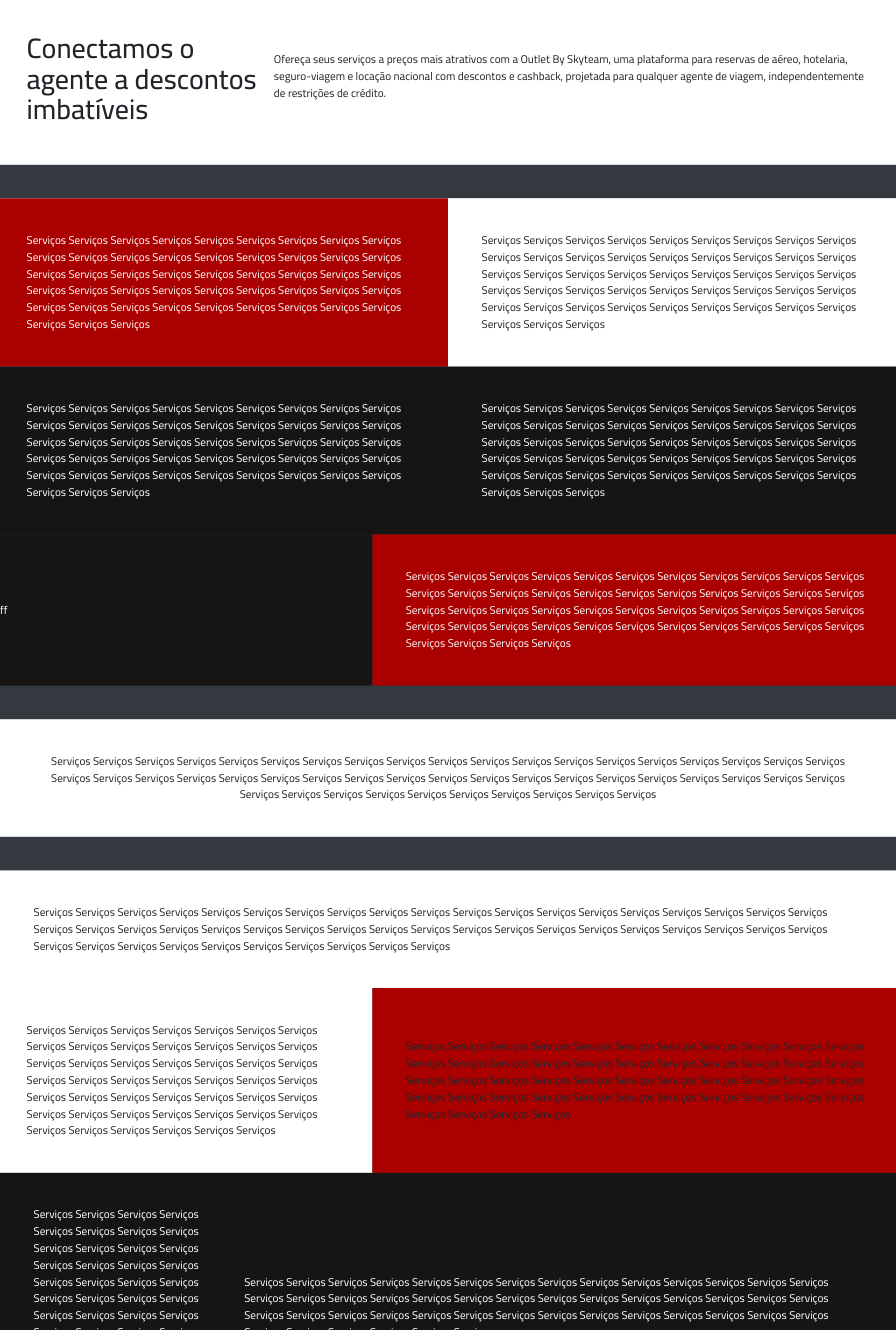
Repository: SkyTeam-Dev/Outlet_Site
Page: Site/index.html
The author's editor kept a copy of each file at every save. The page is drawn from the files as they stood at one save, then again after the next save.
The browser window is 1280 px wide. The pictures show the part of the page from y = 1008 to 2908 px (the page is 3116 px tall), at 70% of full size.
Some web libraries are served in a nearby version.

Above is the page before, as saved 2025-03-21 09:17:09.

### Site/index.html
<!DOCTYPE html>
<html lang="pt-br">

<head>
    <title>:: Outlet by Skyteam ::</title>
    <!-- Define uma descrição otimizada para mecanismos de busca (Maximo 160 caracteres mas o recomendado é 50 caracteres) -->
    <meta name="description"
        content="CADASTRO SIMPLES, DESCONTOS E CASHBACK A viagem do seu cliente com as melhores condições Conectamos o agente a descontos imbatíveis Ofereça seus serviços a preços mais atrativos com a Outlet By Skyteam, uma plataforma para reservas de aéreo, hotelaria, seguro-viagem e locação nacional com descontos e cashback, projetada para qualquer agente de viagem" />
    <!-- Define palavras-chave (não tem mais impacto no Google, mas pode ajudar em outros mecanismos) -->
    <meta name="keywords" content="palavra-chave1, palavra-chave2, palavra-chave3">
    <meta charset="utf-8">
    <meta http-equiv="X-UA-Compatible" content="IE=edge">
    <link rel="canonical" href="https://outlet.tur.br/" />
    <link rel='shortlink' href='https://outlet.tur.br/' />

    <!-- Define a indexação pelos mecanismos de busca -->
    <meta name="robots" content="index, follow"> <!-- Para indexar e seguir links -->
    <meta name="googlebot" content="index, follow"> <!-- Específico para o Google -->
    <meta name="bingbot" content="index, follow"> <!-- Específico para o Bing -->

    <!-- GOOGLE JSON-LD para SEO -->
    <script type="application/ld+json">
        {
          "@context": "https://schema.org",
          "@type": "WebSite",
          "name": "Outlet by Skyteam",
          "url": "https://outlet.tur.br",
          "description": "CADASTRO SIMPLES, DESCONTOS E CASHBACK A viagem do seu cliente com as melhores condições Conectamos o agente a descontos imbatíveis Ofereça seus serviços a preços mais atrativos com a Outlet By Skyteam, uma plataforma para reservas de aéreo, hotelaria, seguro-viagem e locação nacional com descontos e cashback, projetada para qualquer agente de viagem.",
          "image": "https://outlet.tur.br/Templates/Default/Imagens/OG_Outlet_Base.jpg",
          "author": {
            "@type": "Person",
            "name": "Outlet"
          },
          "publisher": {
            "@type": "Organization",
            "name": "Outlet by Skyteam",
            "logo": {
              "@type": "ImageObject",
              "url": "https://outlet.tur.br/Templates/Default/Imagens/OG_Outlet_Base.jpg"
            }
          }
        }
        </script>
    <!-- GOOGLE JSON-LD para SEO -->

    <!-- Define o autor do conteúdo -->
    <meta name="author" content="Outlet by Skyteam">

    <!-- Controla como o Google exibe o snippet do site -->
    <meta name="google" content="nosnippet"> <!-- Impede snippets na SERP -->
    <meta name="google" content="max-snippet:-1, max-image-preview:large, max-video-preview:-1">
    <!-- Personaliza como o conteúdo é mostrado -->

    <!-- Diz ao Google para não traduzir a página automaticamente -->
    <meta name="google" content="notranslate">

    <!-- Define a geolocalização para buscas locais -->
    <meta name="DC.title" content="Outlet By SkyTeam" />
    <meta name="geo.region" content="BR-RS" />
    <meta name="geo.placename" content="Porto Alegre" />
    <meta name="geo.position" content="-30.030205;-51.229975" />
    <meta name="ICBM" content="-30.030205, -51.229975" />
    <!-- Criador do conteúdo -->
    <meta name="DC.creator" content="Outlet By SkyTeam">
    <!-- Assunto ou tema do conteúdo -->
    <meta name="DC.subject" content="CADASTRO SIMPLES, DESCONTOS E CASHBACK para qualquer agente de viagem"">
<!-- Descrição do conteúdo -->
<meta name=" DC.description"
        content="CADASTRO SIMPLES, DESCONTOS E CASHBACK A viagem do seu cliente com as melhores condições Conectamos o agente a descontos imbatíveis Ofereça seus serviços a preços mais atrativos com a Outlet By Skyteam, uma plataforma para reservas de aéreo, hotelaria, seguro-viagem e locação nacional com descontos e cashback, projetada para qualquer agente de viagem">

    <!-- Editora ou organização responsável -->
    <meta name="publisher" content="Outlet By SkyTeam">
    <!-- Identificador único (ex: URL, DOI) -->
    <meta name="identifier" content="https://outlet.tur.br">
    <!-- Idioma do conteúdo -->
    <meta name="language" content="pt-BR">

    <!-- Direitos autorais e licenciamento -->
    <meta name="rights" content="© 2025 Outlet By SkyTeam. Todos os direitos reservados.">


    <!-- Definição do protocolo Open Graph BASE -->
    <meta property="og:type" content="website">
    <!-- URL canônica da página -->
    <meta property="og:url" content="https://outlet.tur.br/">
    <!-- Título que aparecerá no compartilhamento -->
    <meta property="og:title" content="Outlet by Skyteam">
    <!-- Descrição curta e chamativa -->
    <meta property="og:description"
        content="CADASTRO SIMPLES, DESCONTOS E CASHBACK A viagem do seu cliente com as melhores condições Conectamos o agente a descontos imbatíveis Ofereça seus serviços a preços mais atrativos com a Outlet By Skyteam, uma plataforma para reservas de aéreo, hotelaria, seguro-viagem e locação nacional com descontos e cashback, projetada para qualquer agente de viagem">
    <!-- Imagem para exibição no compartilhamento -->
    <meta property="og:image" content="https://outlet.tur.br/Templates/Default/Imagens/OG_Outlet_Base.jpg">
    <!-- 1200x630 pixels é o tamanho recomendado pelo Facebook e outras redes sociais -->
    <meta property="og:image:alt" content="Logo da Outlet descrição">
    <!-- Especificações adicionais para a imagem -->
    <meta property="og:image:width" content="1200">
    <meta property="og:image:height" content="630">
    <!-- Nome do site (opcional, mas recomendado) -->
    <meta property="og:site_name" content="Outlet by Skyteam">
    <!-- Idioma da página -->
    <meta property="og:locale" content="pt_BR">
    <!-- Definição do protocolo Open Graph BASE -->

    <!-- Twitter Card -->
    <meta name="twitter:card" content="summary_large_image">
    <meta name="twitter:title" content="Outlet by Skyteam">
    <meta name="twitter:description"
        content="CADASTRO SIMPLES, DESCONTOS E CASHBACK A viagem do seu cliente com as melhores condições Conectamos o agente a descontos imbatíveis Ofereça seus serviços a preços mais atrativos com a Outlet By Skyteam, uma plataforma para reservas de aéreo, hotelaria, seguro-viagem e locação nacional com descontos e cashback, projetada para qualquer agente de viagem">
    <meta name="twitter:image" content="https://outlet.tur.br/Templates/Default/Imagens/OG_Outlet_Base.jpg">
    <!-- Twitter Card -->



    <meta name="viewport" content="width=device-width, initial-scale=1, shrink-to-fit=no">

    <link rel='preconnect' href='//fonts.googleapis.com' />
    <link rel="preconnect" href="//fonts.gstatic.com" crossorigin>
    <link rel='preconnect' href='//jsdelivr.net' />
    <link rel='preconnect' href='//cdn.jsdelivr.net' />
    <link rel='preconnect' href='//code.jquery.com' />



    <!-- CSS -->
    <link rel="stylesheet" href="https://cdn.jsdelivr.net/npm/font-awesome@4.7.0/css/font-awesome.min.css">
    <link rel="stylesheet" href="https://cdn.jsdelivr.net/npm/bootstrap@4.0.0/dist/css/bootstrap.min.css"
        integrity="sha384-Gn5384xqQ1aoWXA+058RXPxPg6fy4IWvTNh0E263XmFcJlSAwiGgFAW/dAiS6JXm" crossorigin="anonymous">
    <link rel="stylesheet" href="Templates/Default/CSS/bootstrap.css">
    <link rel="stylesheet" href="Templates/Default/CSS/Site.css">
    <!-- CSS -->

    <!-- Favicon -->


    <!-- Favicon e Theme Color-->
    <link rel="icon" type="image/png" href="Templates/Default/Imagens/Favicons/favicon-96x96.png" sizes="96x96" />
    <link rel="icon" type="image/svg+xml" href="Templates/Default/Imagens/Favicons/favicon.svg" />
    <link rel="shortcut icon" href="Templates/Default/Imagens/Favicons/favicon.ico" />
    <link rel="icon" href="Templates/Default/Imagens/Favicons/favicon.ico" type="image/x-icon">
    <link rel="apple-touch-icon" sizes="180x180" href="Templates/Default/Imagens/Favicons/apple-touch-icon.png" />
    <link rel="manifest" href="Templates/Default/Imagens/Favicons/site.webmanifest" />
    <link rel="apple-touch-icon" href="Templates/Default/Imagens/Favicons/favicon-96x96.png">
    <meta name="msapplication-TileImage" content="Templates/Default/Imagens/Favicons/favicon-96x96.png">
    <meta name="theme-color" content="#aa0000">
    <meta name="apple-mobile-web-app-capable" content="yes">
    <meta name="apple-mobile-web-app-status-bar-style" content="black-translucent">
    <meta name="msapplication-TileColor" content="#aa0000">
    <!-- Favicon -->


    <!-- Rastreamento e Comunicação -->

    <!-- Rastreamento e Comunicação -->
</head>

<body>

    <div class="container-fluid" id="Site">

        <div class="row bg-dark">

            <section class="hero" id="Cabecalho-Superior">
                <div class="container-fluid justify-content-center">
                    <!-- =========================== CABEÇALHO (NAVBAR) ============================ -->

                    <header class="p-0">
                        <nav class="col-lg-12 navbar navbar-expand-lg navbar-dark mt-5">
                            <div class="container">
                                <!-- Logo / Marca -->
                                <a class="navbar-brand" href="#">
                                    <!-- Pode inserir um logo ou texto -->
                                    <img src="Templates/Default/Imagens/LOGO1.png" class='img-fluid ml-3' alt="Logo"
                                        style="height: 60px;">
                                    <!-- Ou usar apenas texto:
                          <span>Outlet</span>
                          -->
                                </a>

                                <!-- Botão para exibir/ocultar menu no mobile -->
                                <button class="navbar-toggler" type="button" data-toggle="collapse"
                                    data-target="#navbarNav" aria-controls="navbarNav" aria-expanded="false"
                                    aria-label="Toggle navigation">
                                    <span class="navbar-toggler-icon"></span>
                                </button>

                                <!-- Itens de navegação -->
                                <div class="collapse navbar-collapse" id="navbarNav">
                                    <ul class="navbar-nav ml-auto">
                                        <!-- Ajuste as rotas conforme necessidade -->
                                        <li class="nav-item btn font-weight-bold">
                                            <a class="nav-link" href="#">Home</a>
                                        </li>
                                        <li class="nav-item btn font-weight-bold">
                                            <a class="nav-link" href="#">Cadastro</a>
                                        </li>
                                        <li class="nav-item btn font-weight-bold">
                                            <a class="nav-link" href="#">Dúvidas</a>
                                        </li>
                                        <li class="nav-item btn btn-primary text-white font-weight-bold">
                                            <a class="nav-link text-white" href="#">Portal Outlet</a>
                                        </li>
                                    </ul>
                                </div>
                            </div>
                        </nav>
                    </header>

                    <div class="row justify-content-center">

                        <div class="col-md-10 hero-content ">
                            <!-- Título principal -->
                            <h1 class="font-weight-light text-uppercase">Cadastro simples,</h1>
                            <h1 class="font-weight-bold text-uppercase">descontos intuitivos e Cashback</h1>
                            <!-- Texto de apoio -->
                            <h3>
                                A viagem do seu cliente com as melhores condições
                            </h3>
                            <!-- Botão de ação (CTA) -->
                            <a href="#" class="mt-5 btn btn-primary btn-lg">Começar Agora</a>
                        </div>
                        <div class="col-md-2 hero-content ">
                        </div>

                    </div>
                </div>
            </section>





            <div class="row bg-white mb-5">
                <div id="Servicos" class="col-xl-12 CentralizadorDeConteudo p-5">
                    <h1>Conectamos o agente a descontos imbatíveis</h1>
                    <br/>
                    <p>
                        Ofereça seus serviços a preços mais atrativos com a Outlet By Skyteam, uma plataforma para reservas de aéreo, hotelaria, seguro-viagem e locação nacional com descontos e cashback, projetada para qualquer agente de viagem, independentemente de restrições de crédito.
                    </p>
                </div>
            </div>

            <div id="Analise_Credito" class="row bg-white">
                <div class="col-xl-6 bg-primary text-white p-5 CentralizadorDeConteudo">
                    Serviços Serviços Serviços Serviços Serviços Serviços Serviços Serviços Serviços Serviços Serviços
                    Serviços Serviços Serviços Serviços Serviços Serviços Serviços Serviços Serviços Serviços Serviços
                    Serviços Serviços Serviços Serviços Serviços Serviços Serviços Serviços Serviços Serviços Serviços
                    Serviços Serviços Serviços Serviços Serviços Serviços Serviços Serviços Serviços Serviços Serviços
                    Serviços Serviços Serviços Serviços
                </div>
                <div class="col-xl-6 bg-white p-5 CentralizadorDeConteudo">
                    Serviços Serviços Serviços Serviços Serviços Serviços Serviços Serviços Serviços Serviços Serviços
                    Serviços Serviços Serviços Serviços Serviços Serviços Serviços Serviços Serviços Serviços Serviços
                    Serviços Serviços Serviços Serviços Serviços Serviços Serviços Serviços Serviços Serviços Serviços
                    Serviços Serviços Serviços Serviços Serviços Serviços Serviços Serviços Serviços Serviços Serviços
                    Serviços Serviços Serviços Serviços
                </div>
            </div>

            <div id="CheckList" class="row bg-gray-site text-white">
                <div class="col-xl-6 p-5 CentralizadorDeConteudo">
                    Serviços Serviços Serviços Serviços Serviços Serviços Serviços Serviços Serviços Serviços Serviços
                    Serviços Serviços Serviços Serviços Serviços Serviços Serviços Serviços Serviços Serviços Serviços
                    Serviços Serviços Serviços Serviços Serviços Serviços Serviços Serviços Serviços Serviços Serviços
                    Serviços Serviços Serviços Serviços Serviços Serviços Serviços Serviços Serviços Serviços Serviços
                    Serviços Serviços Serviços Serviços
                </div>
                <div class="col-xl-6 p-5 CentralizadorDeConteudo">
                    Serviços Serviços Serviços Serviços Serviços Serviços Serviços Serviços Serviços Serviços Serviços
                    Serviços Serviços Serviços Serviços Serviços Serviços Serviços Serviços Serviços Serviços Serviços
                    Serviços Serviços Serviços Serviços Serviços Serviços Serviços Serviços Serviços Serviços Serviços
                    Serviços Serviços Serviços Serviços Serviços Serviços Serviços Serviços Serviços Serviços Serviços
                    Serviços Serviços Serviços Serviços
                </div>
            </div>


            <div id="Pague_por_Pix" class="row text-white">
                <div class="col-xl-5 mb-5 CentralizadorDeConteudo bg-gray-site">
                    ff
                </div>
                <div class="col-xl-7 mb-5 p-5 CentralizadorDeConteudo bg-primary">
                    Serviços Serviços Serviços Serviços Serviços Serviços Serviços Serviços Serviços Serviços Serviços
                    Serviços Serviços Serviços Serviços Serviços Serviços Serviços Serviços Serviços Serviços Serviços
                    Serviços Serviços Serviços Serviços Serviços Serviços Serviços Serviços Serviços Serviços Serviços
                    Serviços Serviços Serviços Serviços Serviços Serviços Serviços Serviços Serviços Serviços Serviços
                    Serviços Serviços Serviços Serviços
                </div>
            </div>

            <div class="row bg-white mb-5 text-center p-5">
                <div id="Rentabilidade" class="col-xl-12 CentralizadorDeConteudo">
                    Serviços Serviços Serviços Serviços Serviços Serviços Serviços Serviços Serviços Serviços Serviços
                    Serviços Serviços Serviços Serviços Serviços Serviços Serviços Serviços Serviços Serviços Serviços
                    Serviços Serviços Serviços Serviços Serviços Serviços Serviços Serviços Serviços Serviços Serviços
                    Serviços Serviços Serviços Serviços Serviços Serviços Serviços Serviços Serviços Serviços Serviços
                    Serviços Serviços Serviços Serviços
                </div>
            </div>

            <div class="row bg-white p-5">
                <div id="CashBack" class="col-xl-12 CentralizadorDeConteudo">
                    Serviços Serviços Serviços Serviços Serviços Serviços Serviços Serviços Serviços Serviços Serviços
                    Serviços Serviços Serviços Serviços Serviços Serviços Serviços Serviços Serviços Serviços Serviços
                    Serviços Serviços Serviços Serviços Serviços Serviços Serviços Serviços Serviços Serviços Serviços
                    Serviços Serviços Serviços Serviços Serviços Serviços Serviços Serviços Serviços Serviços Serviços
                    Serviços Serviços Serviços Serviços
                </div>
            </div>

            <div id="Pos_Venda" class="row">
                <div class="col-xl-5 CentralizadorDeConteudo bg-white p-5">
                    Serviços Serviços Serviços Serviços Serviços Serviços Serviços Serviços Serviços Serviços Serviços
                    Serviços Serviços Serviços Serviços Serviços Serviços Serviços Serviços Serviços Serviços Serviços
                    Serviços Serviços Serviços Serviços Serviços Serviços Serviços Serviços Serviços Serviços Serviços
                    Serviços Serviços Serviços Serviços Serviços Serviços Serviços Serviços Serviços Serviços Serviços
                    Serviços Serviços Serviços Serviços
                </div>
                <div class="col-xl-7 CentralizadorDeConteudo bg-primary p-5">
                    Serviços Serviços Serviços Serviços Serviços Serviços Serviços Serviços Serviços Serviços Serviços
                    Serviços Serviços Serviços Serviços Serviços Serviços Serviços Serviços Serviços Serviços Serviços
                    Serviços Serviços Serviços Serviços Serviços Serviços Serviços Serviços Serviços Serviços Serviços
                    Serviços Serviços Serviços Serviços Serviços Serviços Serviços Serviços Serviços Serviços Serviços
                    Serviços Serviços Serviços Serviços
                </div>
            </div>

            <div id="Footer" class="row bg-gray-site text-white p-5">
                <div class="col-xl-3 mb-5 CentralizadorDeConteudo">
                    Serviços Serviços Serviços Serviços Serviços Serviços Serviços Serviços Serviços Serviços Serviços
                    Serviços Serviços Serviços Serviços Serviços Serviços Serviços Serviços Serviços Serviços Serviços
                    Serviços Serviços Serviços Serviços Serviços Serviços Serviços Serviços Serviços Serviços Serviços
                    Serviços Serviços Serviços Serviços Serviços Serviços Serviços Serviços Serviços Serviços Serviços
                    Serviços Serviços Serviços Serviços
                </div>
                <div class="col-xl-9 mb-5 CentralizadorDeConteudo">
                    Serviços Serviços Serviços Serviços Serviços Serviços Serviços Serviços Serviços Serviços Serviços
                    Serviços Serviços Serviços Serviços Serviços Serviços Serviços Serviços Serviços Serviços Serviços
                    Serviços Serviços Serviços Serviços Serviços Serviços Serviços Serviços Serviços Serviços Serviços
                    Serviços Serviços Serviços Serviços Serviços Serviços Serviços Serviços Serviços Serviços Serviços
                    Serviços Serviços Serviços Serviços
                </div>
            </div>

        </div>
    </div>

    <!-- Scripts Base -->
    <script src="https://code.jquery.com/jquery-3.2.1.slim.min.js"
        integrity="sha384-KJ3o2DKtIkvYIK3UENzmM7KCkRr/rE9/Qpg6aAZGJwFDMVNA/GpGFF93hXpG5KkN"
        crossorigin="anonymous"></script>
    <script src="https://cdn.jsdelivr.net/npm/popper.js@1.12.9/dist/umd/popper.min.js"
        integrity="sha384-ApNbgh9B+Y1QKtv3Rn7W3mgPxhU9K/ScQsAP7hUibX39j7fakFPskvXusvfa0b4Q"
        crossorigin="anonymous"></script>
    <script src="https://cdn.jsdelivr.net/npm/bootstrap@4.0.0/dist/js/bootstrap.min.js"
        integrity="sha384-JZR6Spejh4U02d8jOt6vLEHfe/JQGiRRSQQxSfFWpi1MquVdAyjUar5+76PVCmYl"
        crossorigin="anonymous"></script>
    <script src="https://cdn.jsdelivr.net/npm/jquery-match-height@0.7.2/dist/jquery.matchHeight.min.js"></script>
    <!-- Scripts Base -->




    <!-- Rastreamento e Comunicação -->

    <!-- Rastreamento e Comunicação -->

</body>

</html>

Loaded but not shown: Site/Templates/Default/CSS/bootstrap.css (library); Site/Templates/Default/WebFonts/WebFont.css (103 lines, source omitted); Site/Templates/Default/CSS/Site.css (64 lines, source omitted)

After the next save:
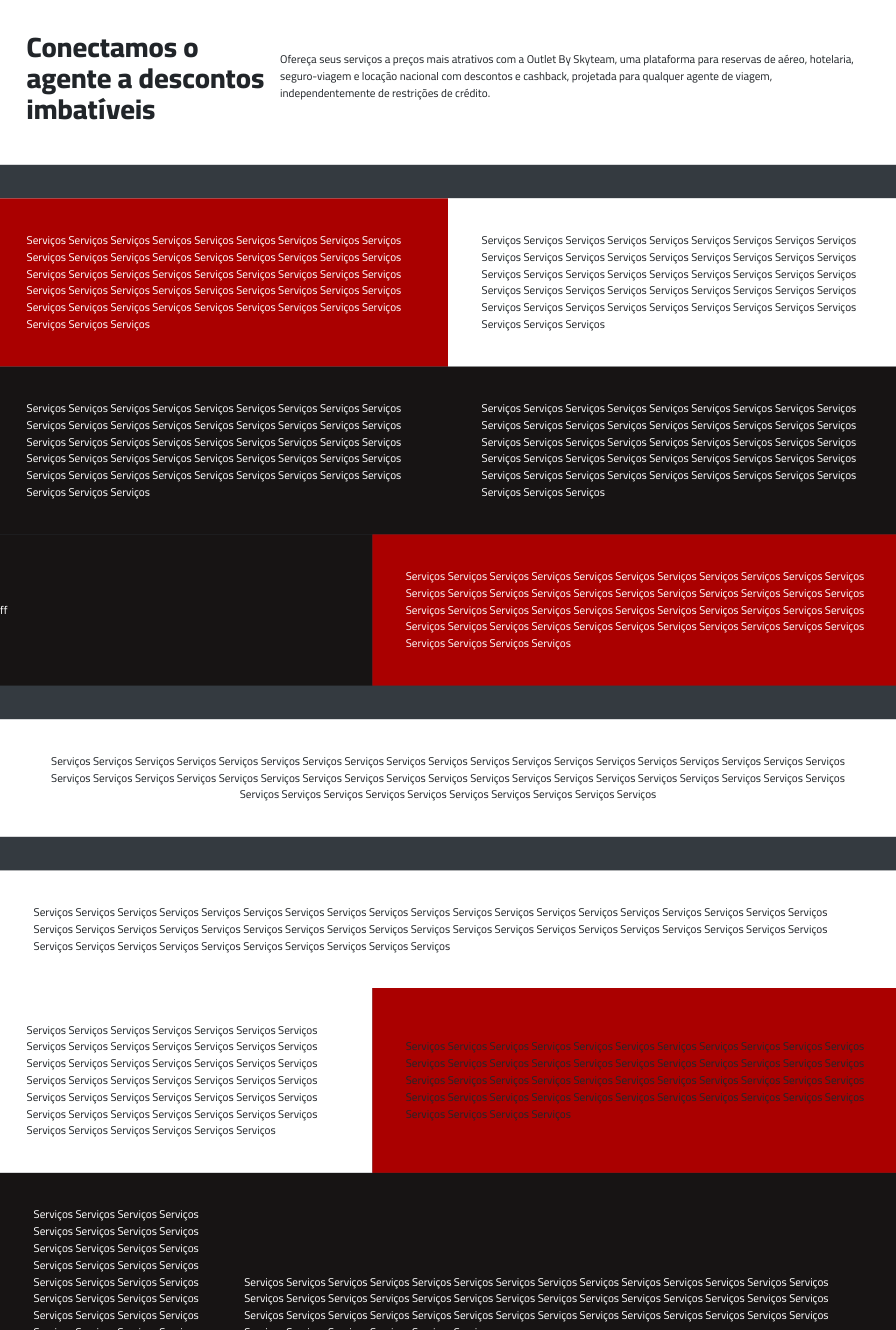
Saved 15 s later.
--- a/Site/index.html
+++ b/Site/index.html
@@ -231,7 +231,7 @@
 
             <div class="row bg-white mb-5">
                 <div id="Servicos" class="col-xl-12 CentralizadorDeConteudo p-5">
-                    <h1>Conectamos o agente a descontos imbatíveis</h1>
+                    <h1 class="font-weight-bold">Conectamos o agente a descontos imbatíveis</h1>
                     <br/>
                     <p>
                         Ofereça seus serviços a preços mais atrativos com a Outlet By Skyteam, uma plataforma para reservas de aéreo, hotelaria, seguro-viagem e locação nacional com descontos e cashback, projetada para qualquer agente de viagem, independentemente de restrições de crédito.
